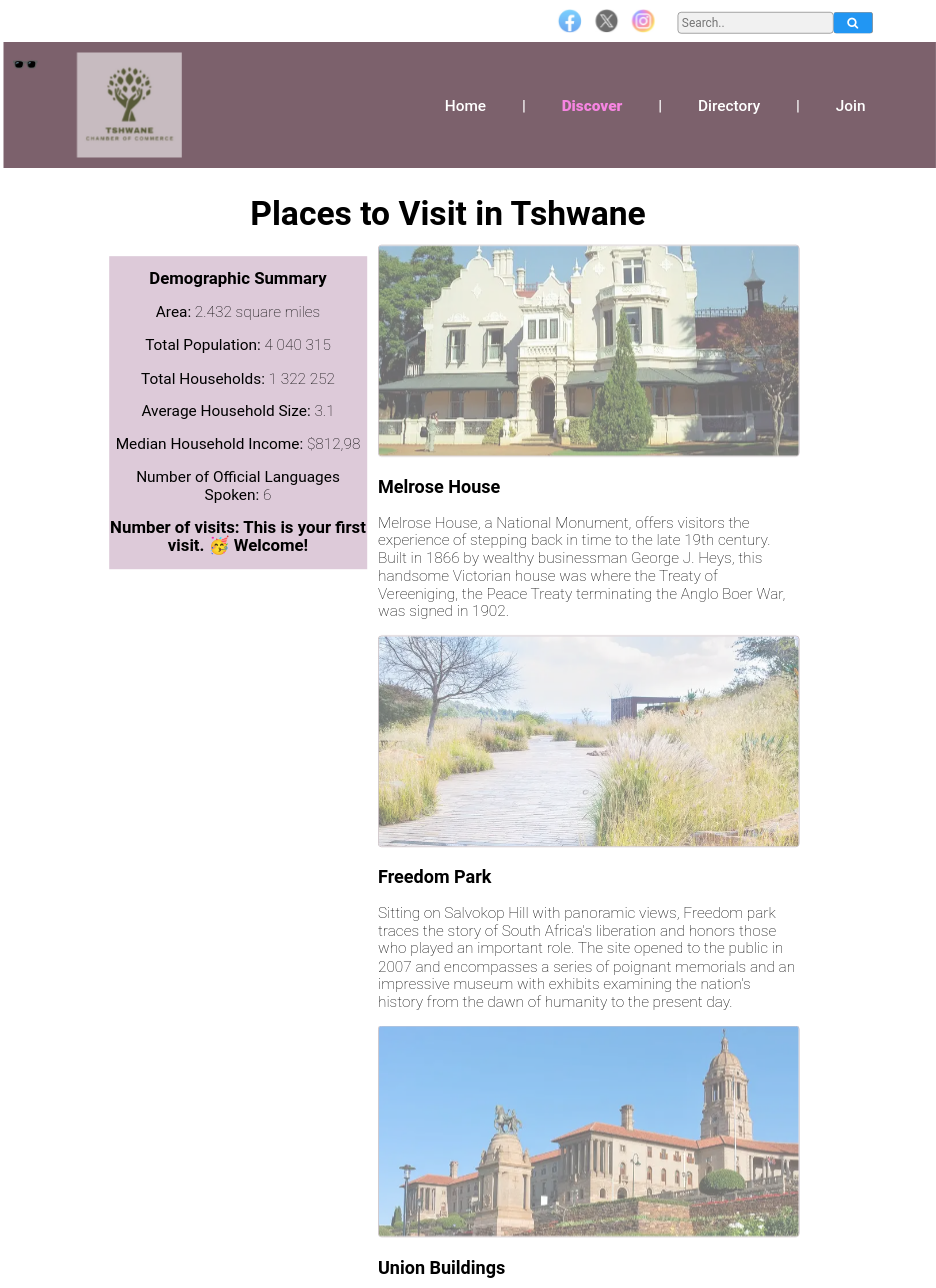
Repository: mszakutumela/wdd230
Page: chamber/discover.html
The author's editor kept a copy of each file at every save. The page is drawn from the files as they stood at one save, then again after the next save.
The browser window is 1280 px wide. The page is 1337 px wide, so the pictures cover 1337 px, including what lies to the right of the window. The pictures show the part of the page from y = 0 to 1840 px (the page is 4226 px tall), at 70% of full size.
Some web fonts or font styles are not loaded; a fallback is used.

Above is the page before, as saved 2024-02-23 01:47:15.

After the next save:
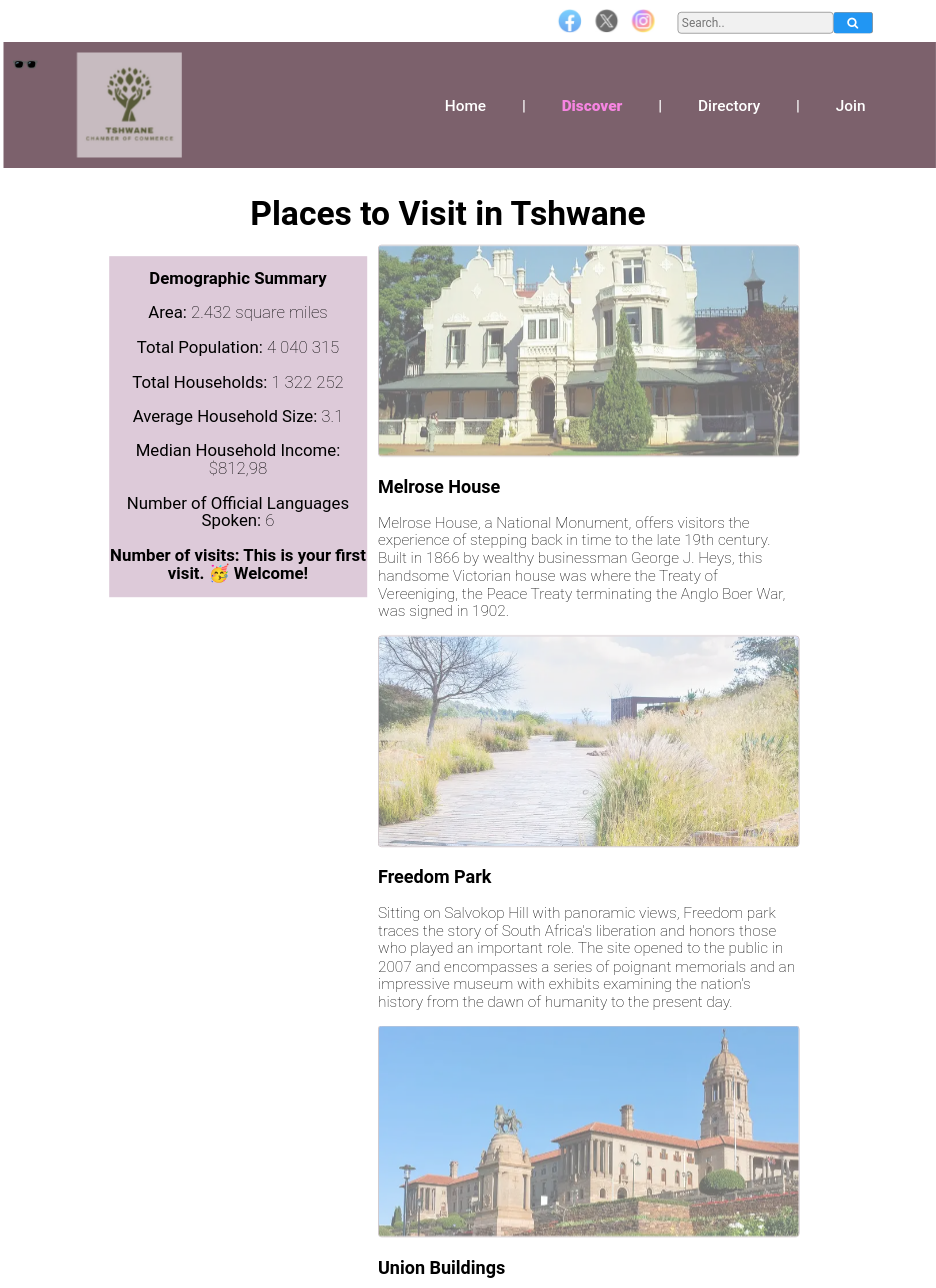
Saved 4 s later.
--- a/chamber/styles/base.css
+++ b/chamber/styles/base.css
@@ -263,7 +263,7 @@
     font-size: 1.5rem;
 }
 
-section.demographics h2 {
+section.demographics p {
     font-size: 1.5rem;
 }
 
